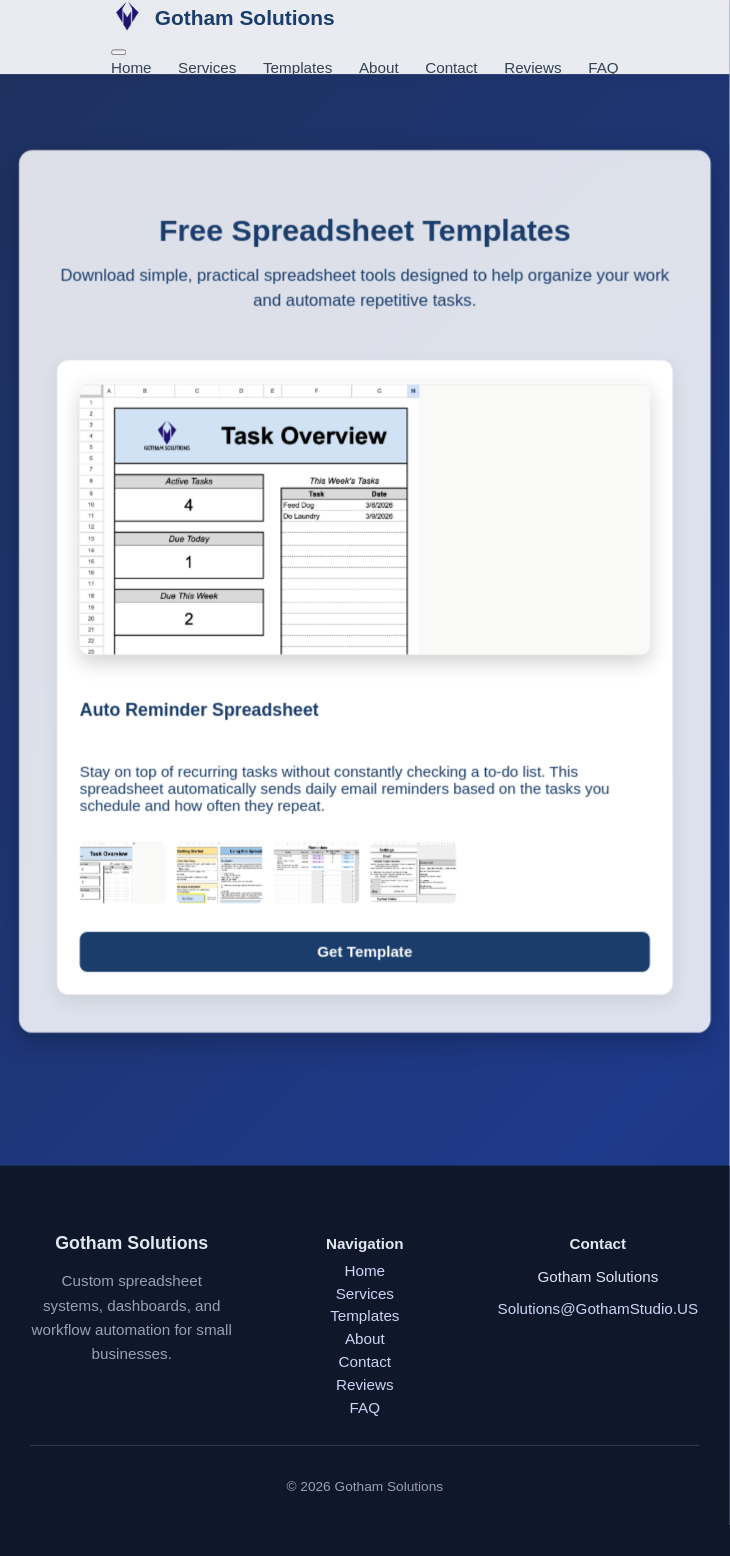
Repository: kmm569/gothamsolutions
Page: templates/index.html
These files come from the project's save history. The page is drawn as it stood at one moment and after the next save; the edit follows.
The browser window is 768 px wide. The pictures show the whole page, at 95% of full size.

Above is the page before, as saved 2026-03-13 14:58:55.

### templates/index.html
<!doctype html>
<html lang="en">
	<head>
<meta name="robots" content="index, follow">
	<meta charset="UTF-8" />
	<meta name="viewport" content="width=device-width, initial-scale=1.0" />

	<title>Spreadsheet Templates for Small Businesses | Gotham Solutions</title>

	<meta name="description"
	content="Browse spreadsheet templates designed to help small businesses track tasks, organize data, and manage workflows efficiently." />

	<meta name="keywords"
	content="spreadsheet templates, business spreadsheet templates, google sheets templates, excel templates, productivity spreadsheets" />

	<link rel="canonical" href="https://solutions.gothamstudio.us/templates/" />

	<link rel="icon" href="../icons/favicon.ico" />
	<link rel="stylesheet" href="../styles.css" />

	<meta property="og:type" content="website" />
	<meta property="og:title" content="Spreadsheet Templates | Gotham Solutions" />
	<meta property="og:description" content="Spreadsheet templates designed for small business workflows and organization." />
	<meta property="og:url" content="https://solutions.gothamstudio.us/templates/" />
	<meta property="og:image" content="https://solutions.gothamstudio.us/LogoSolo.png" />

</head>

	<body>
		<div id="site-header"></div>

		<main>
			<div class="content-wrapper">
				<section class="hero">
					<h2>Free Spreadsheet Templates</h2>

					<p class="hero-text">
						Download simple, practical spreadsheet tools designed to help
						organize your work and automate repetitive tasks.
					</p>
				</section>

				<section class="templates-grid">
					<div class="template-card">
						<img
							src="./images/autoreminders-dashboard.png"
							class="template-preview"
						/>

						<h3>Auto Reminder Spreadsheet</h3>

						<p class="template-description">
							Stay on top of recurring tasks without constantly checking a to-do
							list. This spreadsheet automatically sends daily email reminders
							based on the tasks you schedule and how often they repeat.
						</p>

						<div class="template-gallery">
							<img src="./images/autoreminders-dashboard.png" />
							<img src="./images/autoreminder-howto.png" />
							<img src="./images/autoreminders-reminders.png" />
							<img src="./images/autoreminders-settings.png" />
						</div>

						<a
							href="https://docs.google.com/spreadsheets/d/1iqwoBiz4gU0WCehX7NCS7XLuU7zCwvFCleJvFZoa73Y/edit?usp=sharing"
							class="button-primary"
							target="_blank"
						>
							Get Template
						</a>
					</div>
				</section>
			</div>
		</main>

		<div id="site-footer"></div>

		<script>
			document.querySelectorAll(".template-gallery img").forEach((img) => {
				img.addEventListener("click", () => {
					const card = img.closest(".template-card");
					const preview = card.querySelector(".template-preview");

					preview.src = img.src;
				});
			});

			const params = new URLSearchParams(window.location.search);

			if (params.has("template")) {
				sessionStorage.setItem("template", params.get("template"));
			}

			if (params.has("source")) {
				sessionStorage.setItem("source", params.get("source"));
			}

			/*const header = document.querySelector("header");

			let isShrunk = false;

			const shrinkPoint = 120;
			const expandPoint = 40;

			window.addEventListener("scroll", () => {
				const scroll = window.scrollY;

				if (!isShrunk && scroll > shrinkPoint) {
					header.classList.add("scrolled");
					isShrunk = true;
				}

				if (isShrunk && scroll < expandPoint) {
					header.classList.remove("scrolled");
					isShrunk = false;
				}
			});*/
		</script>
		<script src="/js/layout.js"></script>
	</body>
</html>

### styles.css
*,
*::before,
*::after {
	box-sizing: border-box;
}

body {
	background: #ffffff;
	color: #1a3d6b;
	font-family: Arial, sans-serif;
	margin: 0;
	padding: 0;
	display: flex;
	flex-direction: column;
	min-height: 100vh;
}

header{
	position:sticky;
	top:0;
	z-index:100;

	display:flex;
	flex-direction:column;
	align-items:center;
	justify-content:center;

	height:78px;

	padding:6px 20px;

	background:rgba(255,255,255,0.9);
	backdrop-filter:blur(6px);

	box-shadow:0 2px 10px rgba(0,0,0,0.08);
}

.logo-container{
	display:flex;
	align-items:center;
	gap:12px;

	height:44px;
	overflow:hidden;

	transition:max-height .25s ease, opacity .2s ease, transform .25s ease;
}

/* compact header when scrolling
header.scrolled {
	padding: 10px 20px;
	box-shadow: 0 6px 18px rgba(0, 0, 0, 0.15);
}*/


header.scrolled .logo-container {
	max-height: 0;
	opacity: 0;
	transform: translateY(-10px);
}


@media (max-width: 600px) {
	header {
		padding: 16px 12px;
	}
}

header h1{
	font-size:22px;
	margin:0;
}

.logo{
	height:34px;
	width:auto;
}

nav ul{
	display:flex;
	gap:28px;
	list-style:none;
	padding:0;
	margin:4px 0 0 0;
}

.nav-link {
	text-decoration: none;

	color: #334155;
	font-weight: 500;

	position: relative;

	transition: color 0.2s ease;
}

.nav-link:hover {
	color: #2563eb;
}

.nav-link::after {
	content: "";

	position: absolute;
	left: 0;
	bottom: -4px;

	width: 0;
	height: 2px;

	background: #2563eb;

	transition: width 0.2s ease;
}

.nav-link:hover::after {
	width: 100%;
}

main {
	flex: 1;
	padding: 40px 20px;
	width: 100%;
	max-width: 1100px;
	margin: 0 auto;
}

/* HERO */

.hero {
	text-align: center;
	margin-bottom: 50px;
}

.hero h2 {
	font-size: 2em;
	margin-bottom: 15px;
}

.hero-text {
	max-width: 650px;
	margin: auto;
	font-size: 1.1em;
	line-height: 1.5;
}

.hero-sub {
	margin-top: 0.75rem;
	font-size: 0.95rem;
	color: #5a6b82;
}

@media (max-width: 600px) {
	.hero-text {
		max-width: 100%;
		padding: 0 6px;
	}
}

.hero-buttons {
	margin-top: 20px;
	display: flex;
	gap: 15px;
	justify-content: center;
	flex-wrap: wrap;
}

/* BUTTONS */

.button-primary {
	background: #1a3d6b;
	color: white;
	padding: 12px 24px;
	border-radius: 8px;
	text-decoration: none;
	font-weight: bold;
}

.button-secondary {
	background: #16a085;
	color: white;
	padding: 12px 24px;
	border-radius: 8px;
	text-decoration: none;
	font-weight: bold;
}

@media (max-width: 600px) {
	.button-primary,
	.button-secondary {
		padding: 10px 18px;
		font-size: 0.95em;
	}
}

/* SERVICES */

.services {
	margin-bottom: 50px;
	margin-top: 0;
	padding-top: 1rem;
}

.services h2 {
	text-align: center;
	margin-bottom: 25px;
}

.service-grid {
	display: grid;
	grid-template-columns: repeat(auto-fit, minmax(220px, 1fr));
	gap: 20px;
}

@media (max-width: 600px) {
	.service-grid {
		grid-template-columns: 1fr;
		gap: 18px;
	}
}

.service-card {
	background: #f5f5f5;
	padding: 20px;
	border-radius: 10px;
	box-shadow: 0 4px 10px rgba(0, 0, 0, 0.1);
}

/* PROCESS */

.process {
	margin-bottom: 20px;
}

.process h2 {
	text-align: center;
	margin-bottom: 25px;
}

.process-grid {
	display: grid;
	grid-template-columns: repeat(auto-fit, minmax(220px, 1fr));
	gap: 20px;
}

.process-step {
	background: #f5f5f5;
	padding: 20px;
	border-radius: 10px;
	box-shadow: 0 4px 10px rgba(0, 0, 0, 0.1);
}

/* CTA */

.cta {
	text-align: center;
	background: #f5f5f5;
	padding: 30px;
	border-radius: 10px;
	max-width: 700px;
	margin: 0 auto;
}

.cta p {
	max-width: 600px;
	margin: 10px auto 20px auto;
}

/* FORM */

.contact-section {
	max-width: 900px;
	margin: 60px auto;
	padding: 0 20px;
}

.form-card {
	background: #f5f5f5;
	padding: 30px;
	border-radius: 10px;
	box-shadow: 0 6px 14px rgba(0, 0, 0, 0.15);

	width: 100%;
	max-width: 900px;

	margin: 0 auto;
}

.form-card form {
	width: 100%;
}

form {
	display: flex;
	flex-direction: column;
	gap: 14px;
}

input,
select,
textarea {
	width: 100%;
	padding: 14px;
	font-size: 15px;
}

.submit-button {
	margin-top: 10px;
	padding: 12px;
	border: none;
	background: #1a3d6b;
	color: white;
	font-weight: bold;
	border-radius: 8px;
	cursor: pointer;
}

.submit-button:hover {
	background: #163457;
}

input,
select,
textarea {
	width: 100%;
	padding: 12px;
	border-radius: 6px;
	border: 1px solid #ccc;
	font-size: 14px;
	box-sizing: border-box;
}

/* WHY SECTION */

.why-section {
	margin: 50px 0;
	background: #f5f5f5;
	padding: 30px;
	border-radius: 10px;
	box-shadow: 0 4px 10px rgba(0, 0, 0, 0.1);
}

.why-section h2 {
	text-align: center;
	margin-bottom: 10px;
}

.why-section > p {
	text-align: center;
	max-width: 650px;
	margin: 0 auto 25px auto;
}

footer {
	background: #e0e0e0;
	padding: 12px;
	text-align: center;
}

/* WHY GOTHAM SOLUTIONS LIST */

.about-points {
	list-style: none;
	padding: 0;
	margin-top: 20px;

	display: flex;
	flex-direction: column;
	gap: 18px;
}

.about-points li {
	position: relative;
	padding-left: 34px;
	line-height: 1.5;
}

.about-points li::before {
	content: "";

	position: absolute;
	left: 0;
	top: 3px;

	width: 16px;
	height: 16px;

	background-color: #2c3e50;

	mask: url("/icons/target.svg") no-repeat center;
	mask-size: contain;

	-webkit-mask: url("/icons/target.svg") no-repeat center;
	-webkit-mask-size: contain;
}

body {
	background: linear-gradient(-45deg, #0f172a, #1e3a8a, #1e293b, #2563eb);

	background-size: 400% 400%;
	animation: gradientShift 15s ease infinite;

	min-height: 100vh;
}

@keyframes gradientShift {
	0% {
		background-position: 0% 50%;
	}
	50% {
		background-position: 100% 50%;
	}
	100% {
		background-position: 0% 50%;
	}
}

.content-wrapper {
	max-width: 1100px;
	margin: 40px auto;
	padding: 40px;

	background: rgba(255, 255, 255, 0.85);

	border-radius: 14px;

	box-shadow: 0 10px 30px rgba(0, 0, 0, 0.25);

	backdrop-filter: blur(6px);
}

.service-card,
.process-step {
	background: #ffffff;
	border-radius: 12px;

	padding: 24px;

	box-shadow: 0 6px 18px rgba(0, 0, 0, 0.08);

	transition:
		transform 0.2s ease,
		box-shadow 0.2s ease;
}

.service-card:hover,
.process-step:hover {
	transform: translateY(-6px);

	box-shadow: 0 14px 32px rgba(0, 0, 0, 0.15);
}

.service-card::before,
.process-step::before {
	content: "";
	display: block;

	height: 4px;
	width: 40px;

	background: #2563eb;

	border-radius: 4px;

	margin-bottom: 12px;
}

.templates-grid {
	display: grid;
	grid-template-columns: repeat(auto-fit, minmax(260px, 1fr));
	gap: 24px;
	margin-top: 30px;
}

.template-card {
	background: #ffffff;
	border-radius: 12px;
	padding: 24px;

	box-shadow: 0 6px 18px rgba(0, 0, 0, 0.08);

	display: flex;
	flex-direction: column;
	gap: 12px;

	transition:
		transform 0.2s ease,
		box-shadow 0.2s ease;
}

.template-card:hover {
	transform: translateY(-6px);
	box-shadow: 0 14px 32px rgba(0, 0, 0, 0.15);
}

.template-preview {
	width: 100%;
	max-height: 420px;

	object-fit: cover;

	border-radius: 10px;
	margin-bottom: 16px;

	box-shadow: 0 8px 20px rgba(0, 0, 0, 0.18);
}

.template-gallery {
	display: flex;
	gap: 12px;
	margin-bottom: 18px;
	flex-wrap: wrap;
}

.template-gallery img {
	width: 90px;
	height: 65px;

	object-fit: cover;

	border-radius: 6px;
	cursor: pointer;

	transition:
		transform 0.15s ease,
		box-shadow 0.15s ease;
}

.template-gallery img:hover {
	transform: scale(1.05);
	box-shadow: 0 6px 12px rgba(0, 0, 0, 0.15);
}

.template-card .button-primary {
	width: 100%;
	text-align: center;
}

.review-grid{
	display:grid;
	grid-template-columns:repeat(auto-fit,minmax(260px,1fr));
	gap:24px;
	margin-top:32px;
}

.review-card{
	background:#fff;
	padding:24px;
	border-radius:10px;
	box-shadow:0 4px 12px rgba(0,0,0,0.08);
}

.review-card p{
	margin:10px 0;
}

.stars{
	color:#f5b301;
	font-size:18px;
}

.review-average{
	font-size:20px;
	margin-bottom:20px;
}

.review-form{
	max-width:600px;
	margin-top:24px;
	display:flex;
	flex-direction:column;
	gap:12px;
}

.review-form label{
	margin-top:8px;
}

.review-form input,
.review-form textarea,
.review-form select{
	padding:10px;
	border:1px solid #ccc;
	border-radius:6px;
	font-size:14px;
}

.review-form textarea{
	min-height:120px;
	resize:vertical;
}

.review-form button{
	margin-top:16px;
	padding:12px;
	background:#1d3557;
	color:white;
	border:none;
	border-radius:6px;
	cursor:pointer;
	font-weight:600;
}

.review-form button:hover{
	background:#274777;
}

.review-form{
	max-width:600px;
	margin:24px auto 0 auto;
	display:flex;
	flex-direction:column;
	gap:12px;
}

.review-card strong{
	display:block;
	margin-top:8px;
	color:#1a3d6b;
}

.review-empty{
	text-align:center;
	max-width:520px;
	margin:60px auto 40px auto;
}

.review-empty h3{
	margin:10px 0 8px 0;
}

.review-empty p{
	margin-bottom:14px;
		color:#475569;
	line-height:1.5;
}

.review-empty .stars{
	font-size:28px;
	margin-bottom:12px;
}

.star-rating{
	color:#ccc;
	cursor:pointer;
	user-select:none;
	font-size:28px;

	display:flex;
	align-items:center;
	gap:4px;

	margin:6px 0 6px 0;
}

.star-rating span{
	margin-right:6px;
	transition:color .15s ease;
}

.star-rating span.active{
	color:#f5b301;
}

.star-rating span:hover{
	color:#f5b301;
	transform:scale(1.1);
}

.anon-option{
	display:flex;
	align-items:center;
	gap:8px;
	font-size:14px;
	margin-top:6px;
	margin:4px 0 8px 0;
}

.anon-option input{
	width:auto;
	margin:0;
}

.review-form input:disabled{
	background:#f2f2f2;
	color:#777;
	cursor:not-allowed;
}

.footer-nav {
	margin-bottom: 0.75rem;
}

.footer-nav a {
	margin: 0 0.75rem;
	color: inherit;
	text-decoration: none;
	font-weight: 500;
}

.footer-nav a:hover {
	text-decoration: underline;
}

footer {
	background: #0f172a;
	color: #e2e8f0;
	margin-top: 60px;
}

.footer-inner {
	max-width: 1100px;
	margin: auto;
	padding: 40px 20px;
}

.footer-grid {
	display: grid;
	grid-template-columns: repeat(auto-fit, minmax(200px, 1fr));
	gap: 32px;
}

.footer-brand h3 {
	margin-bottom: 10px;
}

.footer-brand p {
	color: #94a3b8;
	line-height: 1.6;
}

.footer-links h4,
.footer-contact h4 {
	margin-bottom: 10px;
}

.footer-links nav {
	display: flex;
	flex-direction: column;
	gap: 6px;
}

.footer-links a,
.footer-contact a {
	color: #cbd5f5;
	text-decoration: none;
}

.footer-links a:hover,
.footer-contact a:hover {
	text-decoration: underline;
}

.footer-bottom {
	margin-top: 30px;
	padding-top: 20px;
	border-top: 1px solid #334155;
	text-align: center;
	font-size: 0.9rem;
	color: #94a3b8;
}

.review-loading,
.review-error {
	text-align: center;
	max-width: 520px;
	margin: 32px auto 16px auto;
	padding: 32px 24px;
	background: #fff;
	border-radius: 12px;
	box-shadow: 0 4px 12px rgba(0, 0, 0, 0.08);
}

.review-loading h3,
.review-error h3 {
	margin: 12px 0 8px 0;
}

.review-loading p,
.review-error p {
	margin: 0;
	color: #475569;
	line-height: 1.5;
}

.review-loading-spinner {
	width: 40px;
	height: 40px;
	margin: 0 auto 12px auto;
	border: 4px solid #dbe4f0;
	border-top-color: #1d3557;
	border-radius: 50%;
	animation: reviewSpin 0.8s linear infinite;
}

@keyframes reviewSpin {
	from {
		transform: rotate(0deg);
	}
	to {
		transform: rotate(360deg);
	}
}

.review-readmore {
	background: none;
	border: none;
	color: #1d3557;
	font-weight: 600;
	cursor: pointer;
	margin-top: 6px;
	padding: 0;
	font-size: 0.9rem;
}

.review-readmore:hover {
	text-decoration: underline;
}

### js/layout.js
async function loadComponent(id, url)
{
	const element = document.getElementById(id);

	if (!element) return;

	try
	{
		const res = await fetch(url);

		if (!res.ok)
		{
			throw new Error("Component failed to load");
		}

		const html = await res.text();

		element.innerHTML = html;

		if (id === "site-header")
		{
			initMobileNav();
		}
	}
	catch (err)
	{
		console.error("Layout load error:", err);
	}
}

function initMobileNav()
{
	const toggle = document.getElementById("nav-toggle");
	const nav = document.getElementById("main-nav");

	if (!toggle || !nav) return;

	toggle.addEventListener("click", () =>
	{
		nav.classList.toggle("nav-open");
	});
}

document.addEventListener("DOMContentLoaded", () =>
{
	loadComponent("site-header", "/components/header.html");
	loadComponent("site-footer", "/components/footer.html");
});

### components/header.html
<header class="site-header">

	<div class="header-inner">

		<div class="logo-container">

			<a href="/">
				<img src="/LogoSolo.png" alt="Gotham Solutions Logo" class="logo">
			</a>

			<h1>Gotham Solutions</h1>

		</div>

		<button class="nav-toggle" id="nav-toggle" aria-label="Toggle navigation">

			<span></span>
			<span></span>
			<span></span>

		</button>

		<nav class="main-nav" id="main-nav">

			<ul>

				<li><a href="/" class="nav-link">Home</a></li>
				<li><a href="/services/" class="nav-link">Services</a></li>
				<li><a href="/templates/" class="nav-link">Templates</a></li>
				<li><a href="/about/" class="nav-link">About</a></li>
				<li><a href="/contact/" class="nav-link">Contact</a></li>
				<li><a href="/reviews/" class="nav-link">Reviews</a></li>
				<li><a href="/faq/" class="nav-link">FAQ</a></li>

			</ul>

		</nav>

	</div>

</header>

### components/footer.html
<footer>

	<div class="footer-inner">

		<div class="footer-grid">

			<div class="footer-brand">

				<h3>Gotham Solutions</h3>

				<p>
					Custom spreadsheet systems, dashboards, and workflow automation
					for small businesses.
				</p>

			</div>

			<div class="footer-links">

				<h4>Navigation</h4>

				<nav>

					<a href="/">Home</a>
					<a href="/services/">Services</a>
					<a href="/templates/">Templates</a>
					<a href="/about/">About</a>
					<a href="/contact/">Contact</a>
					<a href="/reviews/">Reviews</a>
					<a href="/faq/">FAQ</a>

				</nav>

			</div>

			<div class="footer-contact">

				<h4>Contact</h4>

				<p>Gotham Solutions</p>

				<p>
					<a href="mailto:Solutions@gothamstudio.us">
						Solutions@GothamStudio.US
					</a>
				</p>

			</div>

		</div>

		<div class="footer-bottom">

			<p>© 2026 Gotham Solutions</p>

		</div>

	</div>

</footer>

After the next save:
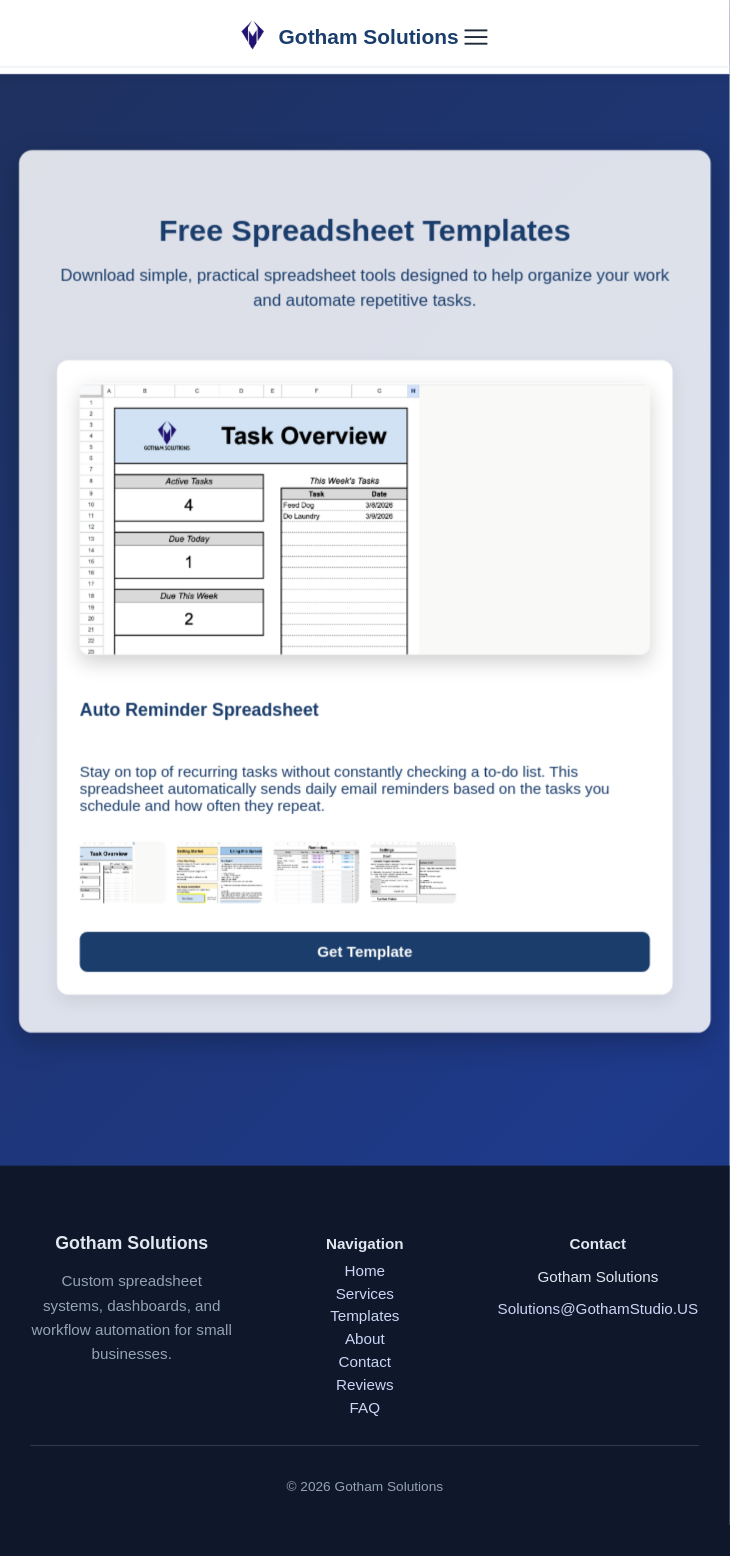
Saved 20 s later.
--- a/styles.css
+++ b/styles.css
@@ -817,3 +817,110 @@ footer {
 .review-readmore:hover {
 	text-decoration: underline;
 }
+
+.site-header
+{
+	background: #ffffff;
+	border-bottom: 1px solid #e2e8f0;
+}
+
+.header-inner
+{
+	max-width: 1100px;
+	margin: auto;
+	padding: 14px 20px;
+	display: flex;
+	align-items: center;
+	justify-content: space-between;
+}
+
+.logo-container
+{
+	display: flex;
+	align-items: center;
+	gap: 10px;
+}
+
+.main-nav ul
+{
+	display: flex;
+	gap: 22px;
+	list-style: none;
+	margin: 0;
+	padding: 0;
+}
+
+.nav-link
+{
+	text-decoration: none;
+	color: #1e293b;
+	font-weight: 500;
+}
+
+.nav-link:hover
+{
+	color: #1d3557;
+}
+
+/* hamburger */
+
+.nav-toggle
+{
+	display: none;
+	background: none;
+	border: none;
+	cursor: pointer;
+	flex-direction: column;
+	gap: 5px;
+}
+
+.nav-toggle span
+{
+	display: block;
+	width: 24px;
+	height: 2px;
+	background: #1e293b;
+}
+
+/* mobile */
+
+@media (max-width: 900px)
+{
+
+	.nav-toggle
+	{
+		display: flex;
+	}
+
+	.main-nav
+	{
+		position: absolute;
+		top: 70px;
+		left: 0;
+		width: 100%;
+		background: white;
+		border-bottom: 1px solid #e2e8f0;
+
+		max-height: 0;
+		overflow: hidden;
+
+		transition: max-height 0.3s ease;
+	}
+
+	.main-nav ul
+	{
+		flex-direction: column;
+		padding: 10px 20px;
+	}
+
+	.main-nav li
+	{
+		padding: 10px 0;
+	}
+
+	.main-nav.nav-open
+	{
+		max-height: 400px;
+	}
+
+}
